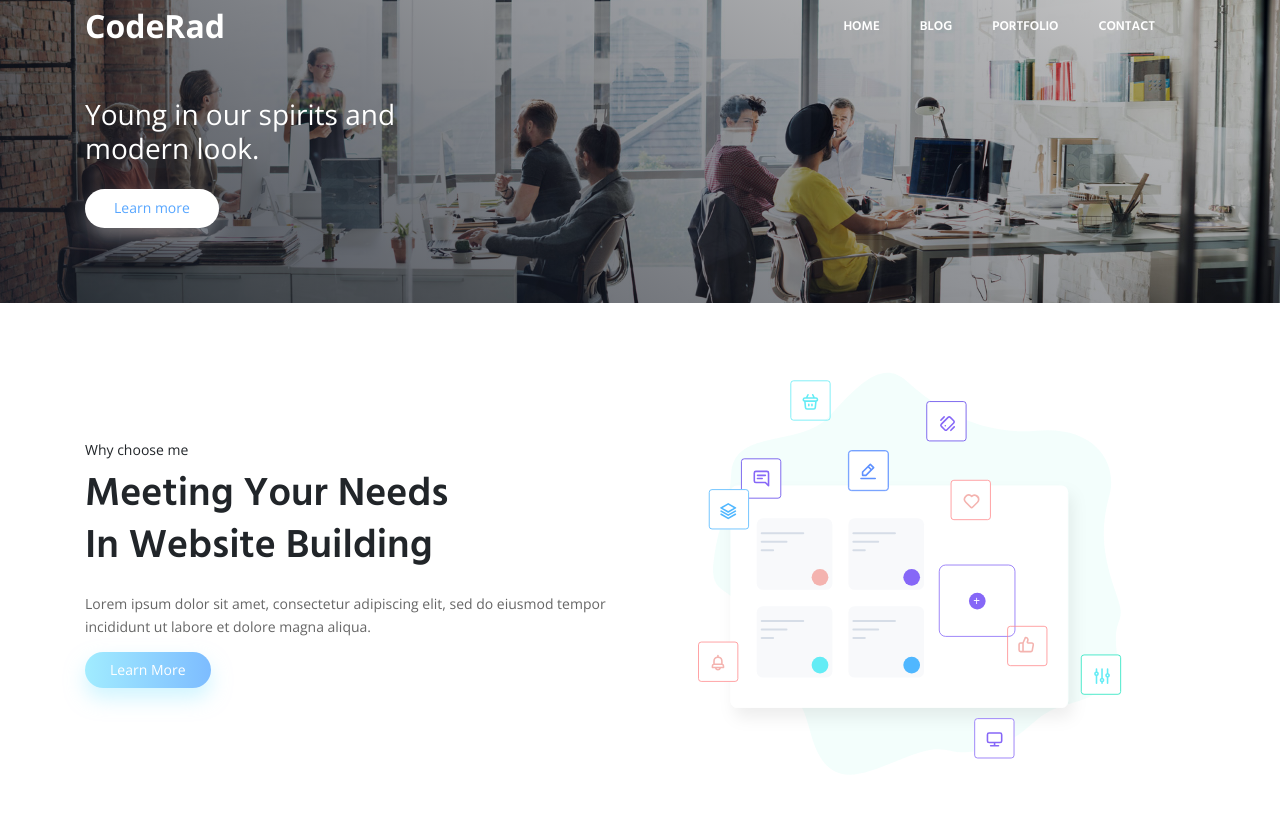
Repository: Sc-Juju/CodeRad
Page: index.html
The author's editor kept a copy of each file at every save. The page is drawn from the files as they stood at one save, then again after the next save.
The browser window is 1280 px wide. The pictures show the whole page.

Above is the page before, as saved 2022-11-10 10:13:50.

### index.html
<!DOCTYPE html>
<html>
	<head>
		<meta charset="utf-8" />
		<meta http-equiv="X-UA-Compatible" content="IE=edge" />
		<title>CodeRad</title>
		<meta name="description" content="" />
		<meta name="viewport" content="width=device-width, initial-scale=1" />

		<link
			href="https://fonts.googleapis.com/css2?family=Open+Sans:wght@300;400;600;700&display=swap"
			rel="stylesheet"
		/>
		<link
			href="https://fonts.googleapis.com/css2?family=Hind:wght@300;400;500;600;700&display=swap"
			rel="stylesheet"
		/>

		<link rel="stylesheet" href="./css/default.css" />
		<link rel="stylesheet" href="./css/styles.css" />
		<link rel="stylesheet" href="./css/responsive.css" />
	</head>
	<body>
		<nav class="navbar nav">
			<div class="container">
				<button
					class="navbar-toggler"
					aria-expanded="false"
					aria-controls="navbarDropdown"
				>
					<span>&#9776;</span>
				</button>
				<a class="navbar-brand" href="index.html">CodeRad</a>
				<ul class="navbar-nav">
					<li class="nav-link">
						<a href="#">Home</a>
					</li>

					<li class="nav-link">
						<a href="#">Blog</a>
					</li>
					<li class="nav-link">
						<a href="#">Portfolio</a>
					</li>
					<li class="nav-link">
						<a href="#">Contact</a>
					</li>
				</ul>
			</div>
		</nav>

		<header class="bg-header">
			<div class="container">
				<div class="hero-wrapper">
					<h2 class="hero-header">
						Young in our spirits and <br />
						modern look.
					</h2>
					<a class="btn btn-white" href="#">Learn more</a>
				</div>
			</div>
		</header>
		<section>
			<div class="container why-me-wrapper">
				<div class="block-text">
					<span>Why choose me</span>
					<h2>
						Meeting Your Needs <br />
						In Website Building
					</h2>
					<p>
						Lorem ipsum dolor sit amet, consectetur adipiscing elit,
						sed do eiusmod tempor incididunt ut labore et dolore
						magna aliqua.
					</p>
					<a href="" class="btn btn-primary">Learn More</a>
				</div>
				<div>
					<img src="./CodeRad-assets/image2.svg" alt="Icon Chart" />
				</div>
			</div>
		</section>
	</body>
</html>

### css/default.css
:root{
    --white:#fff;
    --black: #000;
    --font-color-base:#666;
    --font-color-dark:#212529;
    --font-color-light:#b0aebe;
    --font-color-link:#57a6ff;
    --footer:#34314b;
    --footer-base:2e2b45;
    --contrast:var(--font-color-light);
    --success: #64ecf5;
    --danger:#ff8b8d;
    --grad-1:#a1ecff;
    --grad-2:#7dbcff;


    --size-10:0.625rem;
    --size-14:0.875rem;
    --size-16:1rem;
    --size-18:1.125rem;
    --size-20:1.25rem;
    --size-30:1.875rem;
    --size-40:2.5rem;
    --size-50:3.125rem;
    --size-100:6.25rem;
    --size-150:9.375rem;
}
body{
    font-family:"Open Sans", sans-serif;
    font-weight: 400;
    font-size:0.875rem;
    line-height: 1.6;
    letter-spacing: 0;
    color: var(--font-color-base);
    margin:0;
    padding:0;
}
*,
::after,
::before{
    box-sizing: border-box;
}
ul{
    padding:0;
    margin:0;
    list-style: none;
}
a {text-decoration: none;}
p {margin-top:0;}
h2{
    font-size:1.75rem;
    font-weight:500;
    line-height:1.2;
}
img {
    width:100%;
    max-width:100%;
    vertical-align:middle;
    border-style: none;
}
.container{
    width: 100%;
    padding-left:15px;
    padding-right:15px;
    margin-right:auto;
    margin-left:auto;
}

.btn{
    display: inline-block;
    font-weight: 400;
    color: var(--font-color-dark);
    text-align: center;
    cursor: pointer;
    user-select: none;
    background-color: transparent;
    border: 1px solid transparent;
    padding: .375rem .75rem;
    border-radius:1.25rem;
    transition: ease-in-out .3s;
}
.btn-primary{
    background-image: linear-gradient(90deg, var(--grad-1)0%, var(--grad-2)100%);
    border: 1px var(--grad-1);
    box-shadow: 0 10px 20px rgba(161, 236, 255, .5);
    transition: ease-in-out .3s;
    color: var(--white);
    padding: .4375rem 1.5625rem;
}

.btn-white{
    background-color: var(--white);
    color: var(--font-color-link);
    box-shadow: 0px 10px 20px rgba(255, 255, 255, .35);
    padding: .475rem 1.75rem;
}

@media (min-width:1200px){
    .container{ max-width: 1140px; }
}

### css/styles.css
.navbar{
    position: fixed;
    top: 0;
    right: 0;
    left: 0;
    z-index: 200;
    transition: ease-in-out .3s;
}
[aria-controls="navbarDropdown"]{
    display:none;
}
.navbar-nav{
    display: flex;
    align-items: center;
}
.navbar .container{
    display: flex;
    align-items: center;
}
.navbar-brand{
    margin-right:auto;
    font-size: 2rem;
    font-weight: 700;
    width: 100%;
    transition: ease-in-out .3s;
    color: var(--white);

}
.bg-header{
    background-image: url(../CodeRad-assets/bg-header-1.jpg);
    background-color: var(--footer);
    background-repeat: no-repeat;
    background-size: cover;
    background-position:50% 20%;
    position: relative;
    z-index: 1;
    padding: 4.6875rem 0;
}
.bg-header::before{
    background-image: linear-gradient(30deg,
    rgba(21,27,38, .8)0%,
    rgba(0,0,0,.2)100%);
    position: absolute;
    content:"";
    top: 0;
    left: 0;
    right: 0;
    bottom: 0;
    width: 100%;
    height: 100%;
    z-index: -1;
}
.nav-link a{
    color: var(--white);
    font-size: .8125rem;
    font-weight: 600;
    font-family: "Hind", sans-serif;
    text-transform: uppercase;
    margin-right: 2.5rem;
    line-height: 1.25rem;
}
.hero-header{
    color: var(--white);
}
.why-me-wrapper{
    display: flex;
    align-items: center;
}
.why-me-wrapper div{
    flex: 1;
}
.block-text{
    padding-right: var(--size-50);
}
.block-text span{
    color: var(--font-color-dark);
    font-weight: 300;
}
.block-text h2{
    font-size: var(--size-40);
    font-family: "Hind", sans-serif;
    font-weight: 600;
    color: var(--font-color-dark);
    margin-bottom: var(--size-20);
    line-height: 1.3;
    margin-top: 0.5rem;
}
.bg-contrast{
    background-color: var(--contrast);
}

Loaded but not shown: css/responsive.css (no copy from this time; the picture is the same without it)

After the next save:
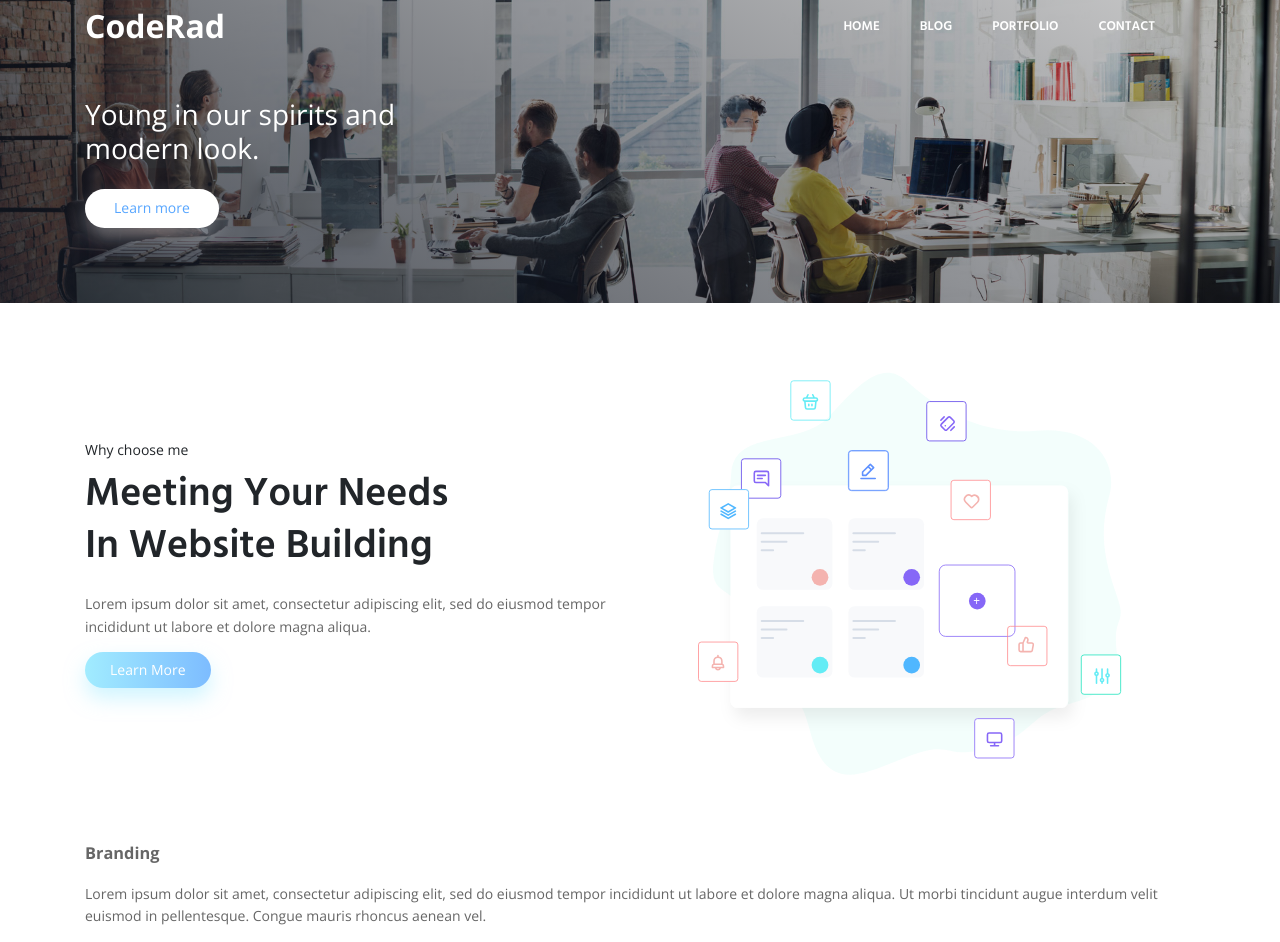
Saved 33 s later.
--- a/index.html
+++ b/index.html
@@ -60,6 +60,7 @@
 				</div>
 			</div>
 		</header>
+		<!--Why me-->
 		<section>
 			<div class="container why-me-wrapper">
 				<div class="block-text">
@@ -80,5 +81,23 @@
 				</div>
 			</div>
 		</section>
+		<!--Services-->
+		<section>
+			<div class="container">
+				<div class="service-card">
+					<span></span>
+					<div>
+						<h3>Branding</h3>
+						<p>
+							Lorem ipsum dolor sit amet, consectetur adipiscing
+							elit, sed do eiusmod tempor incididunt ut labore et
+							dolore magna aliqua. Ut morbi tincidunt augue
+							interdum velit euismod in pellentesque. Congue
+							mauris rhoncus aenean vel.
+						</p>
+					</div>
+				</div>
+			</div>
+		</section>
 	</body>
 </html>
